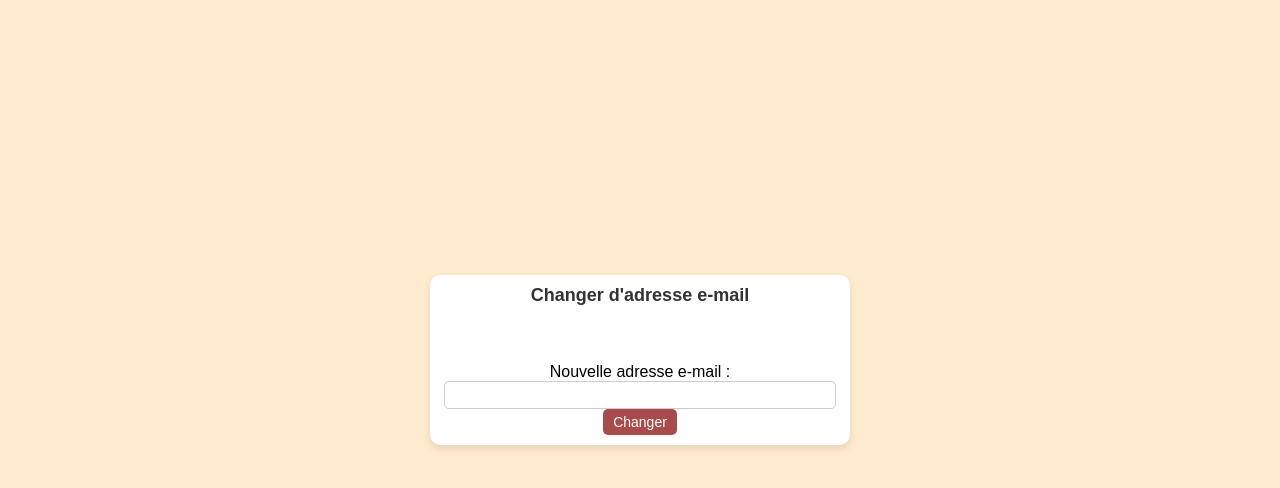
Repository: LeroyM084/Mushroom_Password
Page: ChromeExtension/templates/changeMail.html
The author's editor kept a copy of each file at every save. The page is drawn from the files as they stood at one save, then again after a run of saves.
The browser window is 1280 px wide. The pictures show the whole page.

Above is the page before, as saved 2025-02-19 09:13:25.

### ChromeExtension/templates/changeMail.html
<!DOCTYPE html>
<html lang="fr">
<head>
    <meta charset="UTF-8">
    <meta name="viewport" content="width=device-width, initial-scale=1.0">
    <title>Changer d'adresse e-mail</title>
    <link rel="stylesheet" href="../style/changeMail.css">
    <script></script>
</head>
<body>
    <div class="container">
        <h1>Changer d'adresse e-mail</h1>
        <form action="/change-email" method="post">
            <label for="email">Nouvelle adresse e-mail :</label>
            <input type="email" id="email" name="email" required>
            <button type="submit">Changer</button>
        </form>
    </div>
</body>
</html>

### ChromeExtension/style/changeMail.css
/* Global Styles */
body {
    background-color: blanchedalmond;
    font-family: 'Arial', sans-serif;
    display: flex;
    justify-content: center;
    align-items: center;
    height: 100vh; /* Ajuste pour centrer verticalement */
    margin: 0;
}

.container {
    background-color: white;
    width: 400px;
    height: 150px; /* Respecte la hauteur fixée */
    padding: 10px; /* Réduit le padding pour respecter les dimensions */
    border-radius: 10px;
    box-shadow: 0 4px 8px rgba(0, 0, 0, 0.1); /* Ombre douce */
    text-align: center;
    display: flex;
    flex-direction: column;
    justify-content: space-between; /* Espacement optimal des éléments */
}

h1 {
    font-size: 18px; /* Réduit la taille pour correspondre aux dimensions */
    font-weight: bold;
    color: #333;
    margin: 0; /* Supprime l'espacement par défaut */
}

form {
    display: flex;
    flex-direction: column;
    align-items: center;
}

input[type="email"] {
    width: calc(100% - 20px); /* Ajuste pour tenir compte du padding */
    padding: 5px; /* Réduit le padding pour tenir dans la hauteur */
    border: 1px solid #ccc;
    border-radius: 5px;
    font-size: 14px; /* Ajuste la taille pour l'espace */
}

button {
    background-color: #aa4b4b;
    color: white;
    padding: 5px 10px; /* Réduit la taille du bouton */
    border: none;
    border-radius: 5px;
    font-size: 14px;
    cursor: pointer;
    transition: background-color 0.3s;
}

button:hover {
    background-color: #9a4343; /* Couleur au survol */
}

After the next 6 saves:
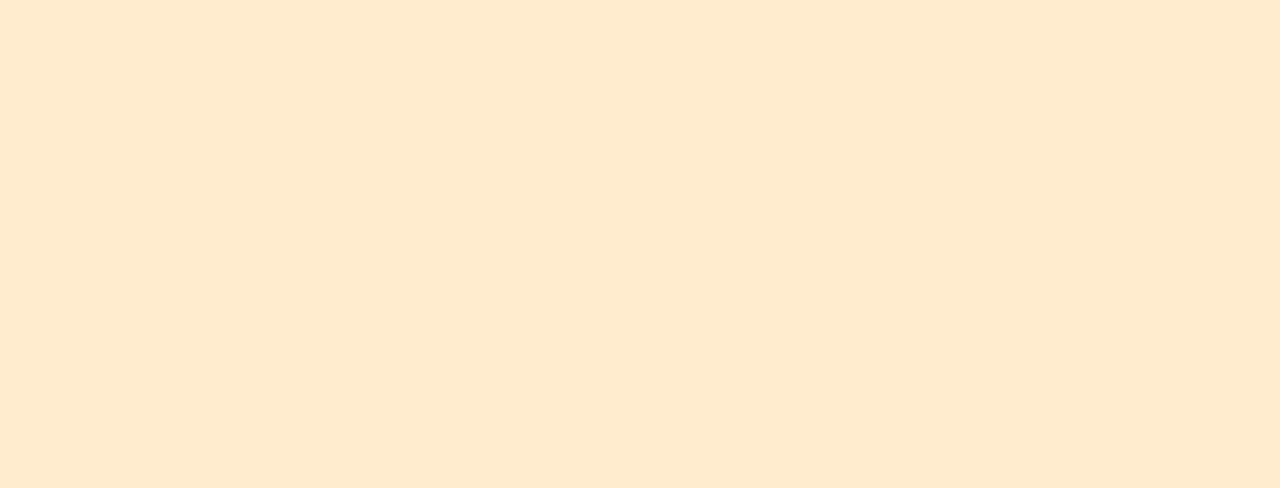
Not found: ChromeExtension/scripts/changeMail.js
The 6 saves are shown as one change because they came seconds apart.
The last was saved 15 s later.
--- a/ChromeExtension/templates/changeMail.html
+++ b/ChromeExtension/templates/changeMail.html
@@ -5,7 +5,7 @@
     <meta name="viewport" content="width=device-width, initial-scale=1.0">
     <title>Changer d'adresse e-mail</title>
     <link rel="stylesheet" href="../style/changeMail.css">
-    <script></script>
+    <script src="../scripts/changeMail.js">
 </head>
 <body>
     <div class="container">

After the 4 saves that followed:
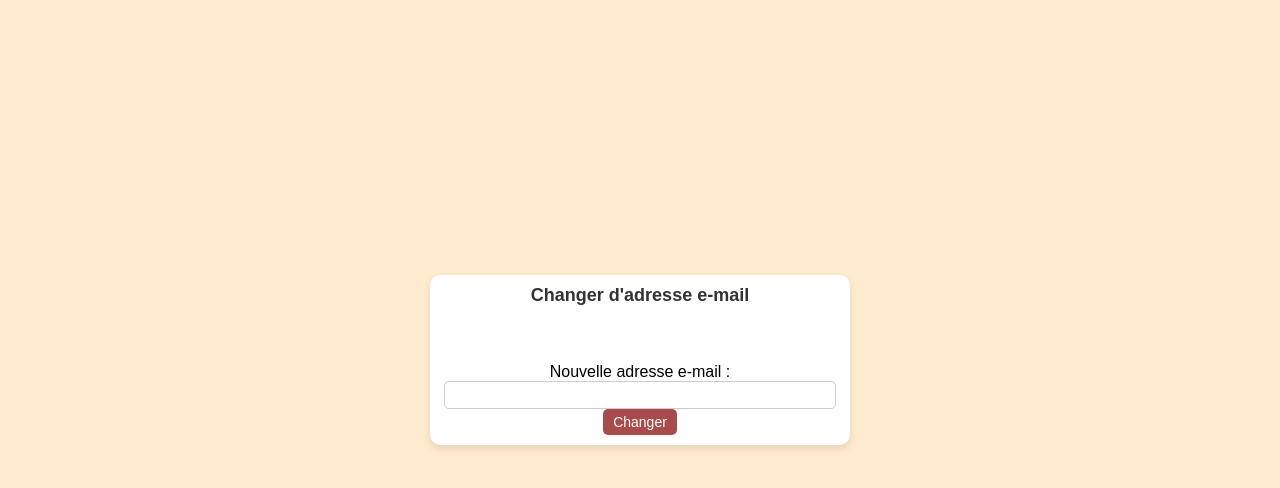
The 4 saves are shown as one change because they came seconds apart.
The last was saved 10 s later.
--- a/ChromeExtension/templates/changeMail.html
+++ b/ChromeExtension/templates/changeMail.html
@@ -5,7 +5,7 @@
     <meta name="viewport" content="width=device-width, initial-scale=1.0">
     <title>Changer d'adresse e-mail</title>
     <link rel="stylesheet" href="../style/changeMail.css">
-    <script src="../scripts/changeMail.js">
+    <script src="../scripts/changeMail.js"></script>
 </head>
 <body>
     <div class="container">
